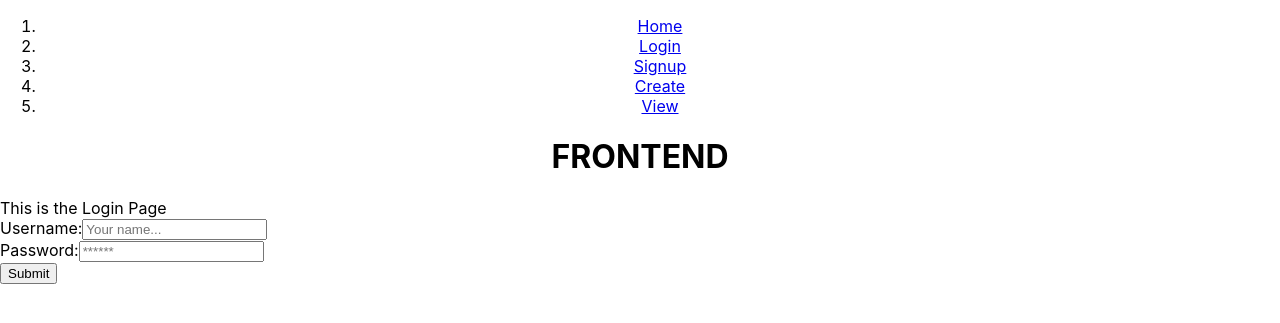
Repository: MikeTroianello/SuPro
Page: /login (app in frontend/)
An editor plug-in stored every save of this project. The page is shown before and after the next save, followed by the edit.
The browser window is 1280 px wide. The pictures show the whole page.
The project was rebuilt for these pictures with package versions that can differ from the ones it lists, and the page was loaded fresh each time. A package was used in the major version that the imports need, not the one package.json lists. Also part of the build but not shown: frontend/src/components/Home.js, frontend/src/components/Signup.js, frontend/src/components/Create.js, frontend/src/components/View.js.

Above is the page before, as saved 2019-10-04 14:47:19.

After the next save:
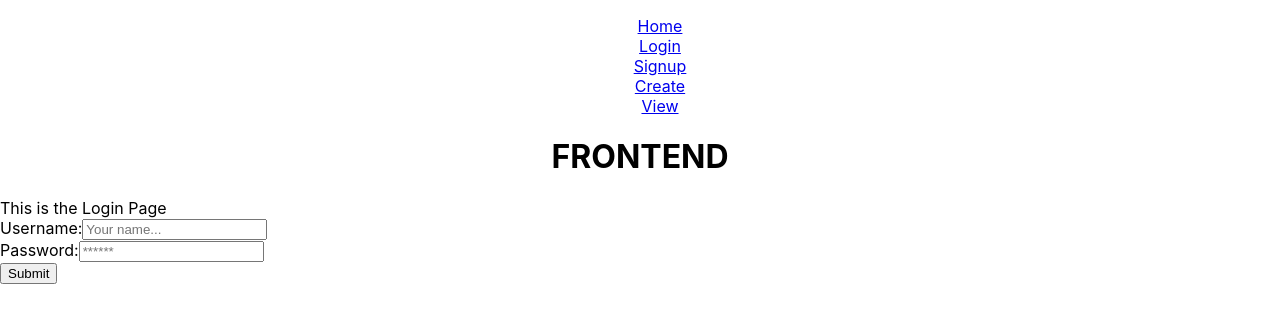
Saved 68 s later.
--- a/frontend/src/components/Navbar.js
+++ b/frontend/src/components/Navbar.js
@@ -5,21 +5,21 @@ export default function Navbar() {
   return (
     <div>
       <ol>
-        <li>
+        <div>
           <Link to='/'>Home</Link>
-        </li>
-        <li>
+        </div>
+        <div>
           <Link to='/login'>Login</Link>
-        </li>
-        <li>
+        </div>
+        <div>
           <Link to='/signup'>Signup</Link>
-        </li>
-        <li>
+        </div>
+        <div>
           <Link to='/create'>Create</Link>
-        </li>
-        <li>
+        </div>
+        <div>
           <Link to='/view'>View</Link>
-        </li>
+        </div>
       </ol>
     </div>
   );
